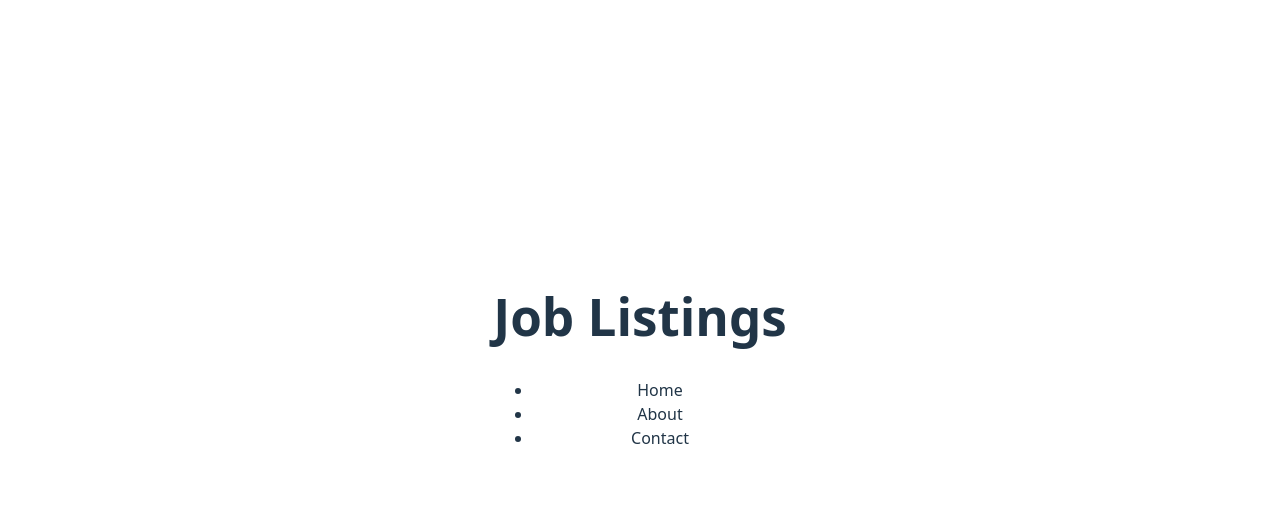
Repository: ryantido/PathFinder
Page: / (app in PathFinder/)
The author's editor kept a copy of each file at every save. The page is drawn from the files as they stood at one save, then again after a run of saves.
The browser window is 1280 px wide. The pictures show the whole page.
The project was rebuilt for these pictures with package versions that can differ from the ones it lists, and the page was loaded fresh each time. Also part of the build but not shown: PathFinder/vite.config.js.

Above is the page before, as saved 2025-05-08 19:57:06.

After the next 5 saves:
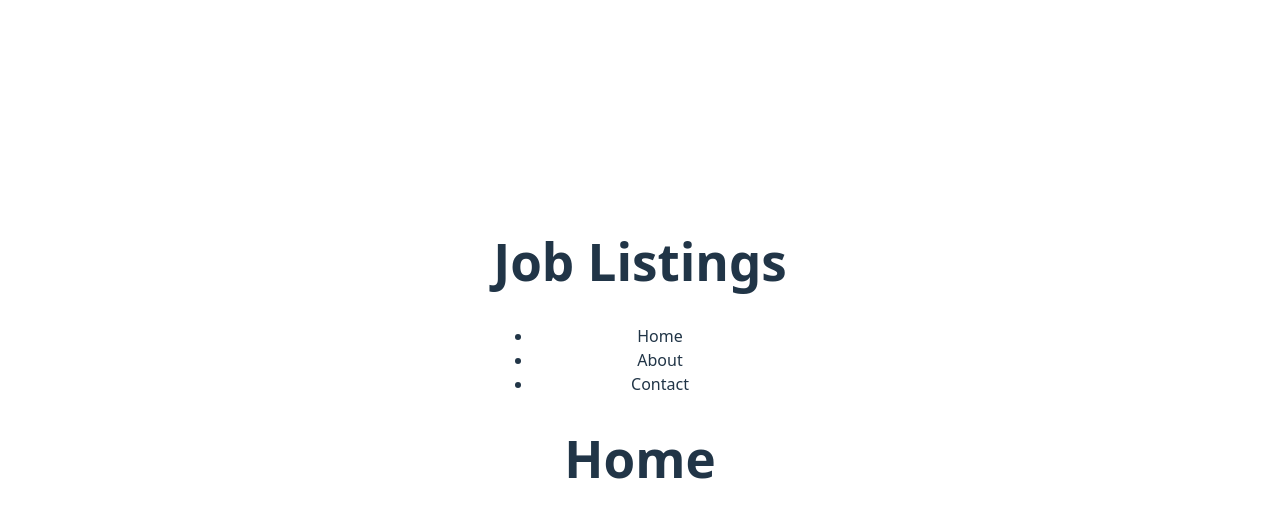
The 5 saves are shown as one change because 1 did not build or start and some came seconds apart.
The last was saved 18 s later.
--- a/PathFinder/src/App.jsx
+++ b/PathFinder/src/App.jsx
@@ -8,7 +8,11 @@ function App() {
     <>
      <Router>
       <Header/>
-
+      <Routes>
+        <Route path='/' element={<h1>Home</h1>} />
+        <Route path='/about' element={<h1>About</h1>} />
+        <Route path='/contact' element={<h1>Contact</h1>} />
+      </Routes>
      </Router>
     </>
   )
